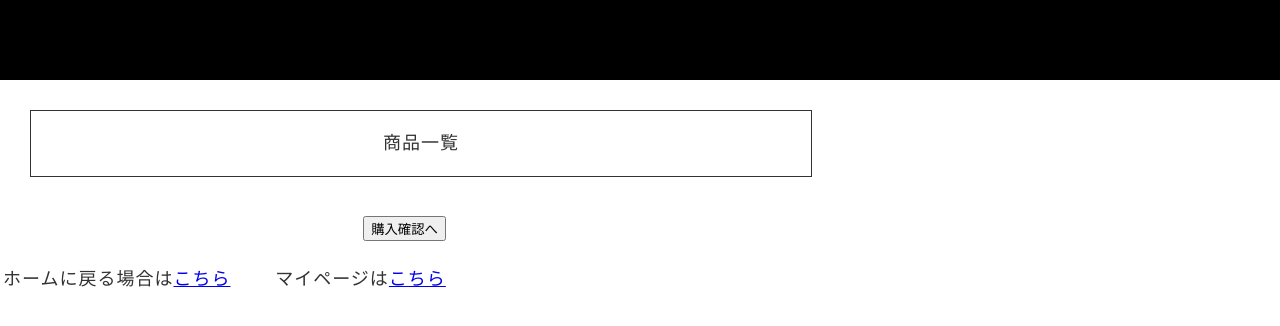
Repository: pokopen-6/test
Page: http://localhost/wood/buyItem.jsp
These files come from the project's save history. The page is drawn as it stood at one moment and after the next save; the edit follows.
The browser window is 1280 px wide. The pictures show the whole page.
The page is served by Tomcat 9. Other server files are loaded and not shown.

Above is the page before, as saved 2018-04-25 06:47:43.

### wood/WebContent/buyItem.jsp
<%@ page language="java" contentType="text/html; charset=UTF-8"
    pageEncoding="UTF-8"%>
<%@ taglib prefix="s" uri="/struts-tags" %>
<!DOCTYPE html>
<html>
<head>
<meta http-equiv="Content-Type" content="text/html; charset=UTF-8"/>
<meta http-equiv="Content-Style-Type" content="text/css" />
<meta http-equiv="Content-Script-Type" content="text/javascript" />
<meta http-equiv="imagetoolbar" content="no"/>
<meta name="description" content=""/>
<meta name="keywords" content=""/>
<title>商品一覧</title>
<style type="text/css">
	body {
		margin:0;
		padding:0;
		line-height:1.6;
		letter-spacing:1px;
		font-family:Verdana,Helvetica,sans-serif;
		font-size:18px;
		color:#333;
		background:#fff;
		}
	main {
		width:100%;
		}
	table {
		text-aign:center;
		margin:0 auto;
		float:left;

			}
	#top {
		width:780px;
		margin:30px;
		border:1px solid #333;
		text-align:center;
		}
	#header {
		width:100%;
		height:80px;
		background-color:black;
		text-align:center;
		}
	#x {
		float:left;
		clear:both;
		margin-left:15px;
			}
	#image {

		}

</style>
</head>
<body>
	<div id="header">
		<div id="pr">
		</div>
	</div>
	<div id="main">
		<div id="top">
			<p>商品一覧</p>
		</div>
		<div class="itemList">
		<s:form action="BuyItemAction">
		<table>
			<s:iterator value="productList">
			<tr>
				<td><div id="image">
				<img class="image" src="<s:property value='image_file_path'/>"  alt="Photo" width="500" height="350">
				</div></td>
				<th><div id="x"><input type="checkbox" value="1">製品名：<s:property value="product_name"/><br></div></th>
				<td><div id="x"><s:property value="product_description"/><br></div>
				<div id="x">個数：<select name="product_count">
					<option value="1" selected="selected">1</option>
					<option value="2">2</option>
					<option value="3">3</option>
					<option value="4">4</option>
					<option value="5">5</option>
				</select><br></div>
				<div id="x">製品価格（税込）￥<s:property value="product_price" /><br></div></td>

			</s:iterator>



			<tr>
				<td>
				<s:submit value="購入確認へ" />
				</td>
			</tr>
			<tr>
				<td>
					<p>ホームに戻る場合は<a href='<s:url action="GoHomeAction"/>'>こちら</a>
					　　マイページは<a href='<s:url action="MyPageAction"/>'>こちら</a></p>
				</td>
				</table>
			</s:form></div></div>








</body>
</html>

After the next save:
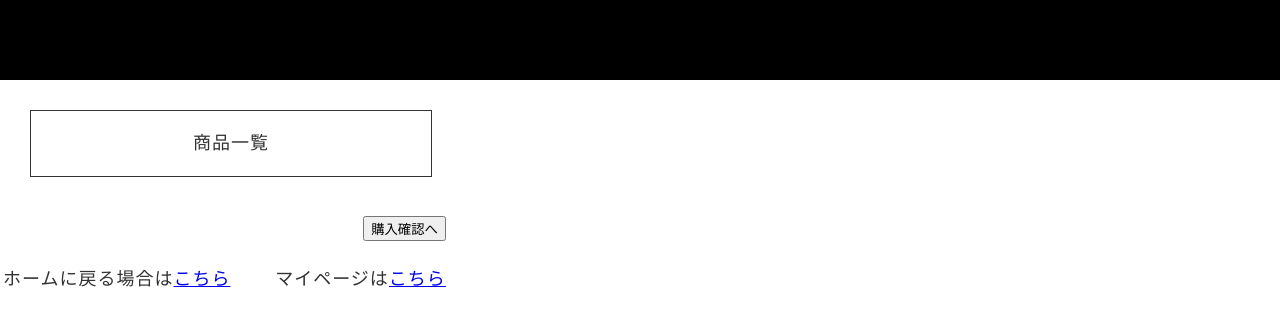
Saved 55 s later.
--- a/wood/WebContent/buyItem.jsp
+++ b/wood/WebContent/buyItem.jsp
@@ -32,7 +32,7 @@
 
 			}
 	#top {
-		width:780px;
+		width:400px;
 		margin:30px;
 		border:1px solid #333;
 		text-align:center;
